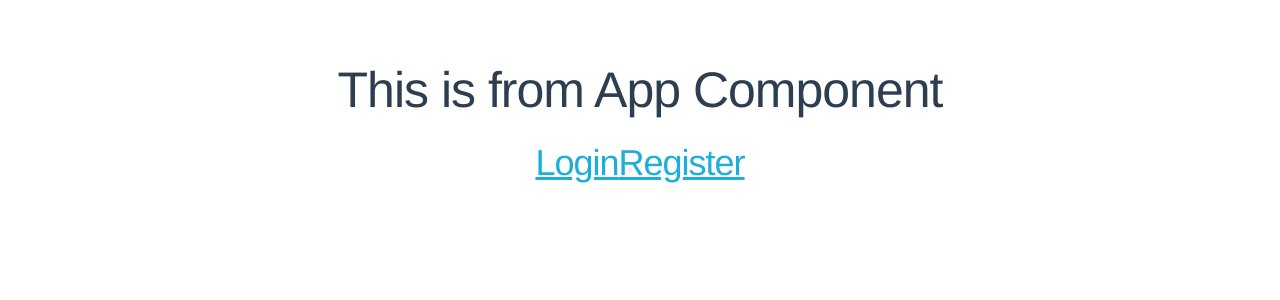
Repository: chsvk/Vue-JS-Course
Page: /
The author's editor kept a copy of each file at every save. The page is drawn from the files as they stood at one save, then again after the next save.
The browser window is 1280 px wide. The pictures show the whole page.
The project was rebuilt for these pictures with package versions that can differ from the ones it lists, and the page was loaded fresh each time. Also part of the build but not shown: src/components/Login.vue, src/components/Register.vue.

Above is the page before, as saved 2019-03-18 04:20:06.

After the next save:
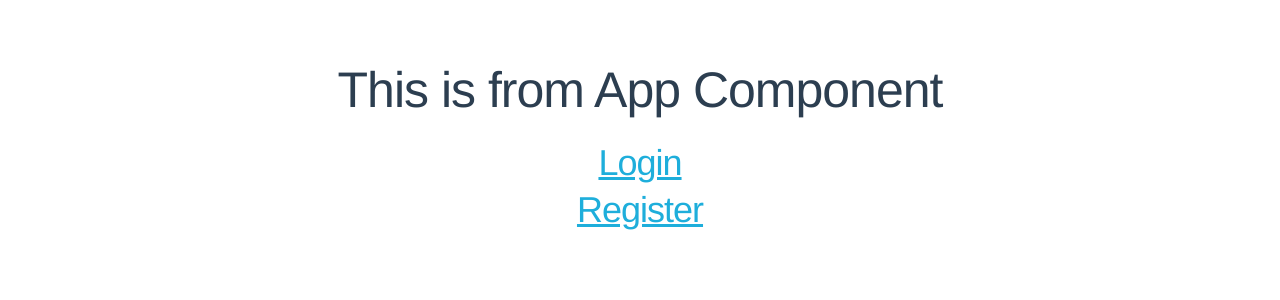
Saved 5 s later.
--- a/src/App.vue
+++ b/src/App.vue
@@ -2,7 +2,7 @@
   <div id="app">
     <h1>This is from App Component</h1>
     <h3>
-    <router-link to="login">Login</router-link>
+    <router-link to="login">Login</router-link> <br>
     <router-link to="register">Register</router-link></h3>
     <router-view/>
   </div>
